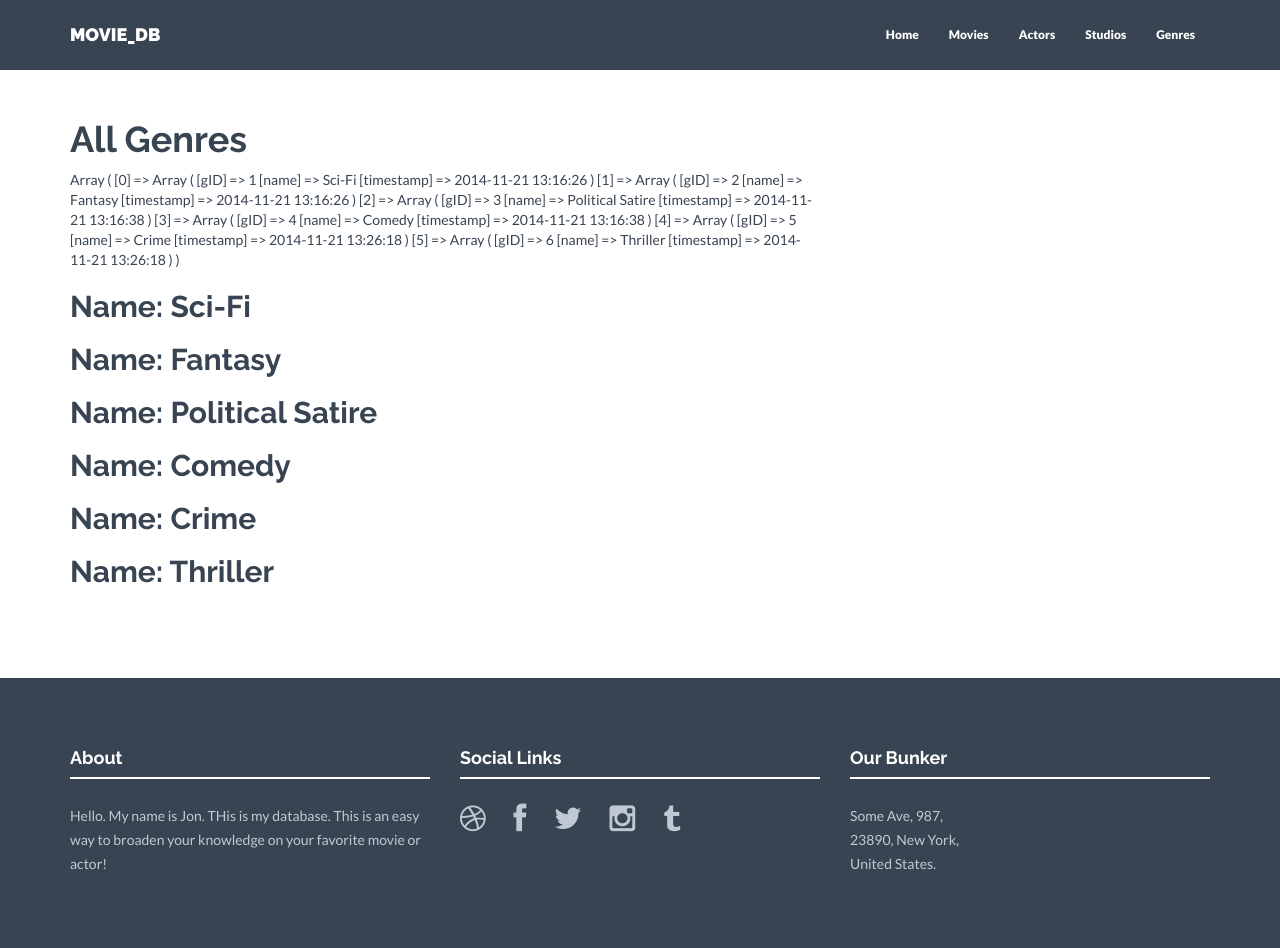
Repository: jonak91/Buzzerd-index
Page: http://localhost/genres.php
The author's editor kept a record of every edit. The page is drawn from the files as they stood at one moment, then again after the next edit.
The browser window is 1280 px wide. The pictures show the whole page.
Some web libraries are served in a nearby version. The page is run by PHP 8.4 with error messages shown; the project is at /var/www/html/. The database holds what the project's SQL file puts in it.

Above is the page before.
Not found: assets/js/modernizr.js

### genres.php
<?php require_once( 'incl/functions.php' ); ?>
<?php require_once( 'incl/header.php' ); ?>

 <div class="container mtb">
	 	<div class="row">

	 		<! -- MAIN CONTENAT AREA -->
	 		<div class="col-lg-8">
	 			<h1>All Genres</h1>

		 		<?php
		 		$genres = get_genres();
		 		print_r (get_genres());
		 		foreach ($genres as $genre) { ?>
		 			<h2>Name: <?php echo $genre['name']; ?></h2>
		 		<?php } ?>
			</div><! --/ MAIN CONTENT AREA -->

	 	</div><! --/row -->
	 </div><! --/container -->

<?php require_once( 'incl/footer.php' ); ?>

### incl/functions.php
<?php
require_once('database.php');

$host= '127.0.0.1';
$u= 'jonak91';
$p = '';
$d= 'movies';

global $db;
$db= new Database($d, $u, $p, $host);

function get_movies(){
	$db = $GLOBALS['db'];
	$results = $db->query("SELECT * FROM movies"); //updated
	return $db->resToArray($results);
}

function get_actors(){
	$db= $GLOBALS['db'];
	$results = $db->query("SELECT * FROM actors ORDER BY 'first_name'"); //updated
	return $db->resToArray($results);
}

function get_studios(){
	$db= $GLOBALS['db'];
	$results = $db->query("SELECT * FROM studio"); //updated
	return $db->resToArray($results);
}

function get_genres(){
	$db= $GLOBALS['db'];
	$results = $db->query("SELECT * FROM genre"); //updated
	return $db->resToArray($results);
}

function get_movie($mID){
	$db= $GLOBALS['db'];
	$query= "SELECT * FROM movies WHERE mID = '$mID'"; //updated
	return $db->get_row($query);
}

function get_actor($aID){
	$db= $GLOBALS['db'];
	$query= "SELECT * FROM actors WHERE aID = '$aID'"; //updated
	return $db->get_row($query);
}

function get_studio($sID){
	$db= $GLOBALS['db'];
	$query= "SELECT * FROM studio WHERE sID = '$sID'"; //updated
	return $db->get_row($query);
}

function get_genre($gID){
	$db= $GLOBALS['db'];
	$query= "SELECT * FROM genre WHERE gID = '$gID'"; //updated
	return $db->get_row($query);
}

function get_moviesfromstudio($id){  //works
	$db= $GLOBALS['db'];
	$results= $db->query("SELECT * FROM movies JOIN studio ON movies.studioID = studio.sID WHERE studio.sID = '$id'");
	return $db->resToArray($results);
}

function get_genresfrommovies($id){
	$db= $GLOBALS['db'];
	$results= $db->query("SELECT * FROM genre JOIN movie_genres ON genre.gID = movie_genres.genreID JOIN movies ON movie_genres.movieID = movies.mID WHERE movies.mID = '$id'");
	return $db->resToArray($results);
}

function get_moviesfromactor($id){ //works
	$db= $GLOBALS['db'];
	$results= $db->query("SELECT * FROM movies JOIN movie_actors ON movies.mID = movie_actors.movieID JOIN actors ON movie_actors.actorID = actors.aID WHERE actors.aID = '$id'");
	return $db->resToArray($results);
}

function get_moviesfromgenre($id){ //works
	$db= $GLOBALS['db'];
	$results= $db->query("SELECT * FROM movies JOIN movie_genres ON movies.mID = movie_genres.movieID JOIN genre ON movie_genres.genreID = genre.gID WHERE genre.gID = '$id'");
	return $db->resToArray($results);
}

function get_actorsfrommovies($id){  //works
	$db= $GLOBALS['db'];
	$results= $db->query("SELECT * FROM actors JOIN movie_actors ON actors.aID = movie_actors.actorID JOIN movies ON movie_actors.movieID = movies.mID WHERE movies.mID = '$id'");
	return $db->resToArray($results);
}

function add_movie($info){		//works
	$db= $GLOBALS['db'];
	extract($info);
	$submitted= $db->query("INSERT INTO movies VALUES('', '$title', '$year_released', '$synopsis', '$was_novel', '$studioID', CURRENT_TIMESTAMP)");

	if($submitted){
		print "<h3>$title submitted!</h3>";
	}
}

function add_actor($info){		//works
	$db= $GLOBALS['db'];
	extract($info);
	$submitted= $db->query("INSERT INTO actors VALUES('', '$first_name', '$last_name', '$bio', '$dob', '$won_oscar', CURRENT_TIMESTAMP)");

	if($submitted){
		print "<h3>$first_name $last_name submitted!</h3>";
	}
}

function add_genre($info){		//works
	$db= $GLOBALS['db'];
	extract($info);
	$submitted= $db->query("INSERT INTO genre VALUES('', '$name', CURRENT_TIMESTAMP)");

	if($submitted){
		print "<h3>$name submitted!</h3>";
	}
}

function add_studio($info){		//works
	$db= $GLOBALS['db'];
	extract($info);
	$submitted= $db->query("INSERT INTO studio VALUES('', '$name', '$city', '$state', '$zip', CURRENT_TIMESTAMP)");

	if($submitted){
		print "<h3>$name submitted!</h3>";
	}
}

function assign_atm($info){		//works
	$db= $GLOBALS['db'];
	extract($info);
	$submitted= $db->query("INSERT INTO movie_actors VALUES('', '$movie', '$actor', CURRENT_TIMESTAMP)");

	if($submitted){
		print "<h3>assigned</h3>";
	}
}

function assign_gtm($info){		//works
	$db= $GLOBALS['db'];
	extract($info);
	$submitted= $db->query("INSERT INTO movie_genres VALUES('', '$movie', '$genre', CURRENT_TIMESTAMP)");

	if($submitted){
		print "<h3>assigned</h3>";
	}
}


?>
>

### incl/database.php
<?php
class Database{
        var $dbName;
        var $user;
        var $password;
        var $host;
        var $lastID;
        var $dbConn;

        //constructor
        function __construct($db, $u, $p, $h){
                $this->dbName= $db;
                $this->user= $u;
                $this->password= $p;
                $this->host= $h;

                //metadata to get entire table list?
        }

        //any query
        function query($query){
                        $this->dbConn= new mysqli($this->host, $this->user, $this->password, $this->dbName);
                        if($this->dbConn->connect_errno > 0){
                                die('Unable to connect to database [' . $dbh->connect_error . ']');
                        }

                        $result= $this->dbConn->query($query) or die('There was an error running the query [' . $this->dbConn->error . ']');
                        $this->lastID= $this->dbConn->insert_id;
                        $this->dbConn->close();

                        return $result;
        }

        function resToArray($res){
                $data= array();
                while($info= mysqli_fetch_assoc($res)){
                        $data[]= $info;
                }

                return $data;
        }

        function get_column($query){

                $res= $this->query($query);

                $data= array();

                while($info= mysqli_fetch_assoc($res)){
                        $key= array_keys($info);
                        $key= $key[0];
                        $data[]= $info[$key];
                }

                return $data;
        }

        function get_row($query){
                $res= $this->query($query);
                $res= $this->resToArray($res);

            return ($res == false) ? $res : $res[0];
        }

        function get_var($query){
                $res= $this->query($query);

                $info= mysqli_fetch_array($res);

                return $info[0];
        }


        function get_mysql_timestamp(){
                return date('Y-m-d H:i:s', time());
        }

        function print_array( $a ) {
        ?>
          <pre>
          <?php var_dump( $a ); ?>
          </pre>
        <?php
        }


        function clean_array($info){
                foreach($info as $key => $val){
                        $info["$key"]= $this->clean($val);
                }

                return $info;
        }


        function clean($a){
                $this->dbConn= new mysqli($this->host, $this->user, $this->password, $this->dbName);
                $a= $this->dbConn->real_escape_string($a);
                $this->dbConn->close();

                return $a;
        }

}


?>

### incl/header.php
<!DOCTYPE html>
<html lang="en">
  <head>
    <meta charset="utf-8">
    <meta http-equiv="X-UA-Compatible" content="IE=edge">
    <meta name="viewport" content="width=device-width, initial-scale=1">
    <meta name="description" content="">
    <meta name="author" content="">
    <link rel="shortcut icon" href="assets/ico/favicon.ico">

    <title>SOLID - Bootstrap 3 Theme</title>

    <!-- Bootstrap core CSS -->
    <link href="assets/css/bootstrap.css" rel="stylesheet">

    <!-- Custom styles for this template -->
    <link href="assets/css/style.css" rel="stylesheet">
    <link href="assets/css/font-awesome.min.css" rel="stylesheet">


    <!-- Just for debugging purposes. Don't actually copy this line! -->
    <!--[if lt IE 9]><script src="../../assets/js/ie8-responsive-file-warning.js"></script><![endif]-->

    <!-- HTML5 shim and Respond.js IE8 support of HTML5 elements and media queries -->
    <!--[if lt IE 9]>
      <script src="https://oss.maxcdn.com/libs/html5shiv/3.7.0/html5shiv.js"></script>
      <script src="https://oss.maxcdn.com/libs/respond.js/1.4.2/respond.min.js"></script>
    <![endif]-->

    <script src="assets/js/modernizr.js"></script>
  </head>

  <body>

    <!-- Fixed navbar -->
    <div class="navbar navbar-default navbar-fixed-top" role="navigation">
      <div class="container">
        <div class="navbar-header">
          <button type="button" class="navbar-toggle" data-toggle="collapse" data-target=".navbar-collapse">
            <span class="sr-only">Toggle navigation</span>
            <span class="icon-bar"></span>
            <span class="icon-bar"></span>
            <span class="icon-bar"></span>
          </button>
          <a class="navbar-brand" href="index.php">MOVIE_DB</a>
        </div>
        <div class="navbar-collapse collapse navbar-right">
          <ul class="nav navbar-nav">
            <li><a href="index.php">Home</a></li>
            <li><a href="movies.php">Movies</a></li>
            <li><a href="actors.php">Actors</a></li>
            <li><a href="studios.php">Studios</a></li>
            <li><a href="genres.php">Genres</a></li>
          </ul>
        </div><!--/.nav-collapse -->
      </div>
    </div>

### incl/footer.php


	<!-- *****************************************************************************************************************
	 FOOTER
	 ***************************************************************************************************************** -->
	 <div id="footerwrap">
	 	<div class="container">
		 	<div class="row">
		 		<div class="col-lg-4">
		 			<h4>About</h4>
		 			<div class="hline-w"></div>
		 			<p>Hello. My name is Jon. THis is my database. This is an easy way to broaden your knowledge on your favorite movie or actor!</p>
		 		</div>
		 		<div class="col-lg-4">
		 			<h4>Social Links</h4>
		 			<div class="hline-w"></div>
		 			<p>
		 				<a href="#"><i class="fa fa-dribbble"></i></a>
		 				<a href="#"><i class="fa fa-facebook"></i></a>
		 				<a href="#"><i class="fa fa-twitter"></i></a>
		 				<a href="#"><i class="fa fa-instagram"></i></a>
		 				<a href="#"><i class="fa fa-tumblr"></i></a>
		 			</p>
		 		</div>
		 		<div class="col-lg-4">
		 			<h4>Our Bunker</h4>
		 			<div class="hline-w"></div>
		 			<p>
		 				Some Ave, 987,<br/>
		 				23890, New York,<br/>
		 				United States.<br/>
		 			</p>
		 		</div>

		 	</div><! --/row -->
	 	</div><! --/container -->
	 </div><! --/footerwrap -->

    <!-- Bootstrap core JavaScript
    ================================================== -->
    <!-- Placed at the end of the document so the pages load faster -->
    <script src="https://ajax.googleapis.com/ajax/libs/jquery/1.11.0/jquery.min.js"></script>
    <script src="assets/js/bootstrap.min.js"></script>
	<script src="assets/js/retina-1.1.0.js"></script>
	<script src="assets/js/jquery.hoverdir.js"></script>
	<script src="assets/js/jquery.hoverex.min.js"></script>
	<script src="assets/js/jquery.prettyPhoto.js"></script>
  	<script src="assets/js/jquery.isotope.min.js"></script>
  	<script src="assets/js/custom.js"></script>


  </body>
</html>

### assets/css/style.css
/*	################################################################

	Author: Carlos Alvarez
	URL: http://alvarez.is

	Project Name: SOLID - Bootstrap 3 Theme
	Version: 1.0
	URL: http://alvarez.is

################################################################# */
@import url(http://fonts.googleapis.com/css?family=Raleway:400,700,900);
@import url(http://fonts.googleapis.com/css?family=Lato:400,900);
@import url("prettyPhoto.css") screen;
@import url("hoverex-all.css") screen;

/*	################################################################
	1. GENERAL STRUCTURES
################################################################# */
	* {
		margin: 0;
		padding: 0px;
	}

body {
	background: #ffffff;
	margin: 0;
	height: 100%;
	color: #384452;
	font-family: 'Lato', sans-serif;
	font-weight: 400;
	}

h1, h2, h3, h4, h5, h6 {
	font-family: 'Raleway', sans-serif;
	font-weight: 700;
}

p {
	padding: 0;
	margin-bottom: 12px;
	font-family: 'Lato', sans-serif;
	font-weight: 400;
	font-size: 14px;
	line-height: 24px;
	color: #384452;
	margin-top: 10px;
}

img {
	height: auto;
	max-width: 100%;
}

a {
	padding: 0;
	margin: 0;
	text-decoration: none;
	-webkit-transition: background-color .4s linear, color .4s linear;
	-moz-transition: background-color .4s linear, color .4s linear;
	-o-transition: background-color .4s linear, color .4s linear;
	-ms-transition: background-color .4s linear, color .4s linear;
	transition: background-color .4s linear, color .4s linear;
}
a:hover,
a:focus {
  text-decoration: none;
  color:#01b2fe;
}

::-moz-selection  {
	color: #fff;
	text-shadow:none;
	background:#2B2E31;
}
::selection {
	color: #fff;
	text-shadow:none;
	background:#2B2E31;
}

.centered {
	text-align: center
}

/*	################################################################
	BOOTSTRAP MODIFICATIONS & TWEAKS
################################################################# */
.navbar {
	min-height: 70px;
	padding-top: 10px;
	margin-bottom: 0px;
}

.navbar-brand {
	font-family: 'Raleway', sans-serif;
	font-weight: 900;
}

.navbar-header .navbar-brand {
	color: white;
}

.navbar-default .navbar-nav > li > a {
	color: white;
	font-weight: 700;
	font-size: 12px;
}

.navbar-default .navbar-nav > li > a:hover {
	color: #00b3fe;
}

.navbar-default .navbar-nav > .active > a, .navbar-default .navbar-nav > .active > a:hover, .navbar-default .navbar-nav > .active > a:focus {
	color: #00b3fe;
	background-color: transparent;
}

.navbar-default {
	background-color: #384452;
	border-color: transparent;
}

.dropdown-menu {
	background: #384452;
}

.dropdown-menu > li > a {
	color: white;
	font-weight: 700;
	font-size: 12px;
}

.btn-theme {
  color: #fff;
  background-color: #384452;
  border-color: #384452;
  margin: 4px;
}
.btn-theme:hover,
.btn-theme:focus,
.btn-theme:active,
.btn-theme.active,
.open .dropdown-toggle.btn-theme {
  color: #fff;
  background-color: #00b3fe;
  border-color: #00b3fe;
}

.dmbutton:hover,
.dmbutton:active,
.dmbutton:focus{
	color: #ffffff;
	background-color: #222222;
	border-color: #ffffff;
}
.dmbutton {
	background:rgba(0, 0, 0, 0);
	border: 1px solid #ffffff;
	color: #ffffff;
	-webkit-border-radius: 2px;
	border-radius: 2px;
	padding-top: 1.025rem;
	padding-right: 2.25rem;
	letter-spacing:0.85px;
	padding-bottom: 1.0875rem;
	padding-left: 2.25rem;
	font-size: 1.55rem;
	cursor: pointer;
	font-weight: normal;
	line-height: normal;
	margin: 0 0 1.25rem;
	text-decoration: none;
	text-align: center;
	display: inline-block;
	-webkit-transition: background-color 300ms ease-out;
	-moz-transition: background-color 300ms ease-out;
	transition: background-color 300ms ease-out;
	-webkit-appearance: none;
	font-weight: normal !important;
}

.mtb {
	margin-top: 80px;
	margin-bottom: 80px;
}

.mb {
	margin-bottom: 60px;
}

.mt {
	margin-top: 60px;
}

.hline {
	border-bottom: 2px solid #384452;
}

.hline-w {
	border-bottom: 2px solid #ffffff;
	margin-bottom: 25px;
}
/*	################################################################
	SITE WRAPS
################################################################# */

#headerwrap {
	background-color: #00b3fe;
	min-height: 550px;
	padding-top: 100px;
	padding-bottom: 0px;
	text-align: center;
}

#headerwrap h3, h5 {
	color: white;
	font-weight: 400;
}

#headerwrap h1 {
	color: white;
	margin-bottom: 25px;
}

#headerwrap .img-responsive {
	margin: 0 auto;
}

/* Services Wrap */
#service {
	margin-top: 100px;
	margin-bottom: 80px;
}

#service i {
	color: #00b3fe;
	font-size: 60px;
	padding: 15px;
}

/* Portfolio Wrap */
#portfoliowrap {
	padding-top: 60px;
	margin-bottom: 60px;
	display: block;
	text-align: center
}

#portfoliowrap h3 {
	margin-bottom: 25px;
}

.portfolio {
	padding:0 !important;
	margin:0 !important;
	display:block;
}


.portfolio-item .title:before {border-radius:0; display:none}
.portfolio-item p {margin:0px 0 30px;}
.portfolio-item h3 {margin:-10px 0 10px; font-size:16px; text-transform:uppercase;}


.tpl6 h3
{
	color:#fff;
	margin:0;
	padding:40px 5px 0;
	font-size:16px;
	text-transform:uppercase;
}
.tpl6 .dmbutton
{
	display:inline-block;
	margin:30px 5px 20px 5px;
	font-size:13px;
}

.tpl6 .bg
{
	height:100%;
	width:100%;
	background-color:#00b3fe;
	background-color:rgba(0,179,254,.9);
	text-align:center;
}

/* Testimonials Wrap */
#twrap {
	background: url(../img/t-back.jpg) no-repeat center top;
	margin-top: 0px;
	padding-top:60px;
	text-align:center;
	background-attachment: relative;
	background-position: center center;
	min-height: 450px;
	width: 100%;

    -webkit-background-size: 100%;
    -moz-background-size: 100%;
    -o-background-size: 100%;
    background-size: 100%;

    -webkit-background-size: cover;
    -moz-background-size: cover;
    -o-background-size: cover;
    background-size: cover;
}

#twrap i {
	font-size: 50px;
	color: white;
	margin-bottom: 25px;
}

#twrap p {
	color: white;
	font-size: 15px;
	line-height: 30px;
}

/* clients logo */
#cwrap {
	background: #f7f7f7;
	margin-top: 0px;
	padding-top: 80px;
	padding-bottom: 100px;
}

#cwrap h3 {
	margin-bottom: 60px;
}

/* Footer */
#footerwrap {
	padding-top: 60px;
	padding-bottom: 60px;
	background: #384452;
}

#footerwrap p {
	color: #bfc9d3;
}

#footerwrap h4 {
	color: white;
}

#footerwrap i {
	font-size: 30px;
	color: #bfc9d3;
	padding-right: 25px;
}

#footerwrap i:hover {
	color: #00b3fe
}

/*	################################################################
	PAGE CONFIGURATIONS
################################################################# */
/* General Tweaks */

#blue {
	background: #00b3fe;
	margin-top: 60px;
	margin-bottom: 60px;
	padding-top: 25px;
	padding-bottom: 25px;
}

#blue h3 {
	color: white;
	margin-left: 15px;
}

.ctitle {
	color: #00b3fe;
	font-weight: 700;
	margin-bottom: 15px;
}

csmall {
	font-size: 12px;
	color: #b3b3b3;
}
csmall2 {
	font-size: 12px;
	color: #f39c12
}

.spacing {
	margin-top: 40px;
	margin-bottom: 40px;
}

.badge-theme {
	background: #00b3fe;
}

/* Contact Page */
#contactwrap {
	background: url(../img/contact.jpg) no-repeat center top;
	margin-top: -60px;
	padding-top:0px;
	text-align:center;
	background-attachment: relative;
	background-position: center center;
	min-height: 400px;
	width: 100%;

    -webkit-background-size: 100%;
    -moz-background-size: 100%;
    -o-background-size: 100%;
    background-size: 100%;

    -webkit-background-size: cover;
    -moz-background-size: cover;
    -o-background-size: cover;
    background-size: cover;
}

/* Blog Page */
.popular-posts {
	margin: 0px;
	padding-left: 0px;
	}

.popular-posts li {
	list-style: none;
	margin-bottom: 20px;
	min-height: 70px;
}
.popular-posts li a,
.popular-posts li a:hover {
	color:#2f2f2f;
	text-decoration: none;
	}

.popular-posts li img {
	float: left;
	margin-right: 20px;
	}

.popular-posts li em {
	font-family: 'Lato', sans-serif;
	font-size: 12px;
	color: #b3b3b3
	}

.popular-posts p {
	line-height: normal;
	margin-bottom: auto;
}

.share i {
	padding-right: 15px;
	font-size: 18px;
}

### job.sql (the tables this page reads)
CREATE TABLE IF NOT EXISTS `genre` (
`gID` smallint(6) NOT NULL,
  `name` varchar(50) NOT NULL,
  `timestamp` timestamp NOT NULL DEFAULT CURRENT_TIMESTAMP ON UPDATE CURRENT_TIMESTAMP
) ENGINE=InnoDB AUTO_INCREMENT=7 DEFAULT CHARSET=latin1;

INSERT INTO `genre` (`gID`, `name`, `timestamp`) VALUES
(1, 'Sci-Fi', '2014-11-21 13:16:26'),
(2, 'Fantasy', '2014-11-21 13:16:26'),
(3, 'Political Satire', '2014-11-21 13:16:38'),
(4, 'Comedy', '2014-11-21 13:16:38'),
(5, 'Crime', '2014-11-21 13:26:18'),
(6, 'Thriller', '2014-11-21 13:26:18');

ALTER TABLE `genre`
 ADD PRIMARY KEY (`gID`);

ALTER TABLE `genre`
MODIFY `gID` smallint(6) NOT NULL AUTO_INCREMENT,AUTO_INCREMENT=7;

Loaded but not shown: assets/css/bootstrap.css (library); assets/css/font-awesome.min.css (library); assets/js/bootstrap.min.js (library); assets/js/jquery.hoverdir.js (library); assets/js/jquery.hoverex.min.js (library); assets/js/jquery.prettyPhoto.js (library); assets/js/jquery.isotope.min.js (library); assets/js/custom.js (common file); assets/js/retina-1.1.0.js (151 lines, source omitted); assets/css/hoverex-all.css (2838 lines, source omitted); assets/css/prettyPhoto.css (170 lines, source omitted)

After the next edit:
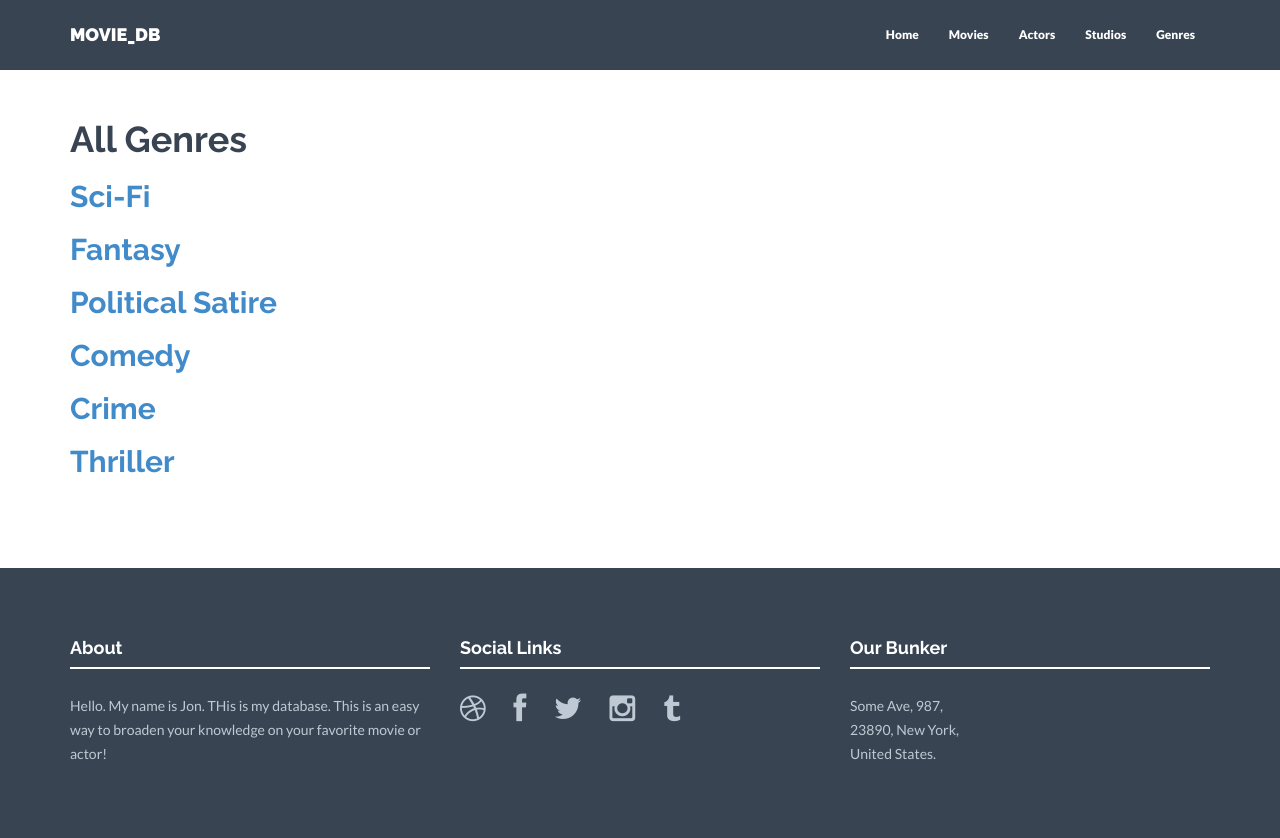
The edit:
--- a/genres.php
+++ b/genres.php
@@ -10,9 +10,8 @@
 
 		 		<?php
 		 		$genres = get_genres();
-		 		print_r (get_genres());
 		 		foreach ($genres as $genre) { ?>
-		 			<h2>Name: <?php echo $genre['name']; ?></h2>
+		 		<h2><a href="genre.php?gID=<?php echo $genre['gID']; ?>"><?php echo $genre['name']; ?></a></h2>
 		 		<?php } ?>
 			</div><! --/ MAIN CONTENT AREA -->
 
